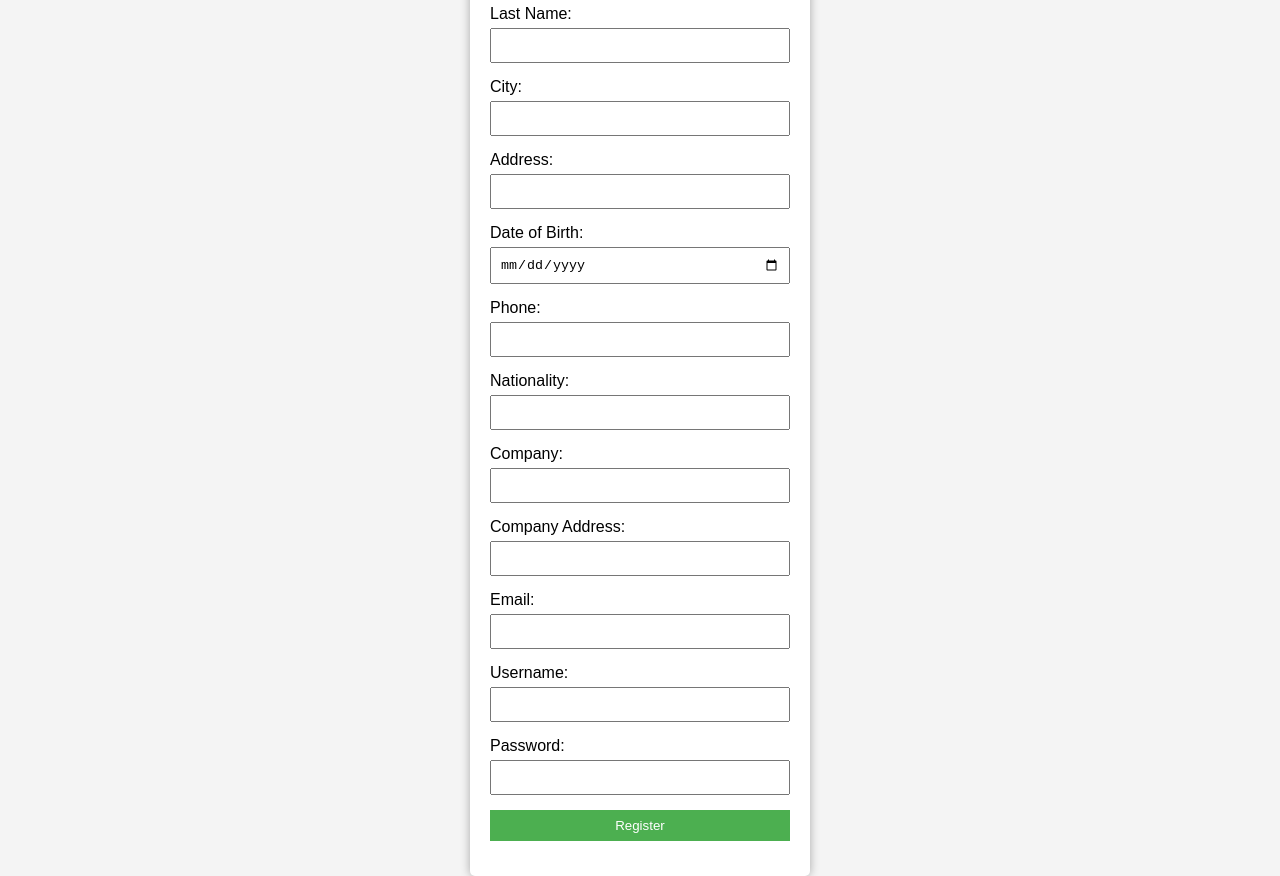
Repository: ITpatrick1/Accommodation-System
Page: http://localhost/register_guest.php
These files come from the project's save history. The page is drawn as it stood at one moment and after the next save; the edit follows.
The browser window is 1280 px wide. The pictures show the whole page.
The page is run by PHP 8.4 with error messages shown; the project is at /var/www/html/.

Above is the page before, as saved 2024-08-19 10:49:58.

After the next save:
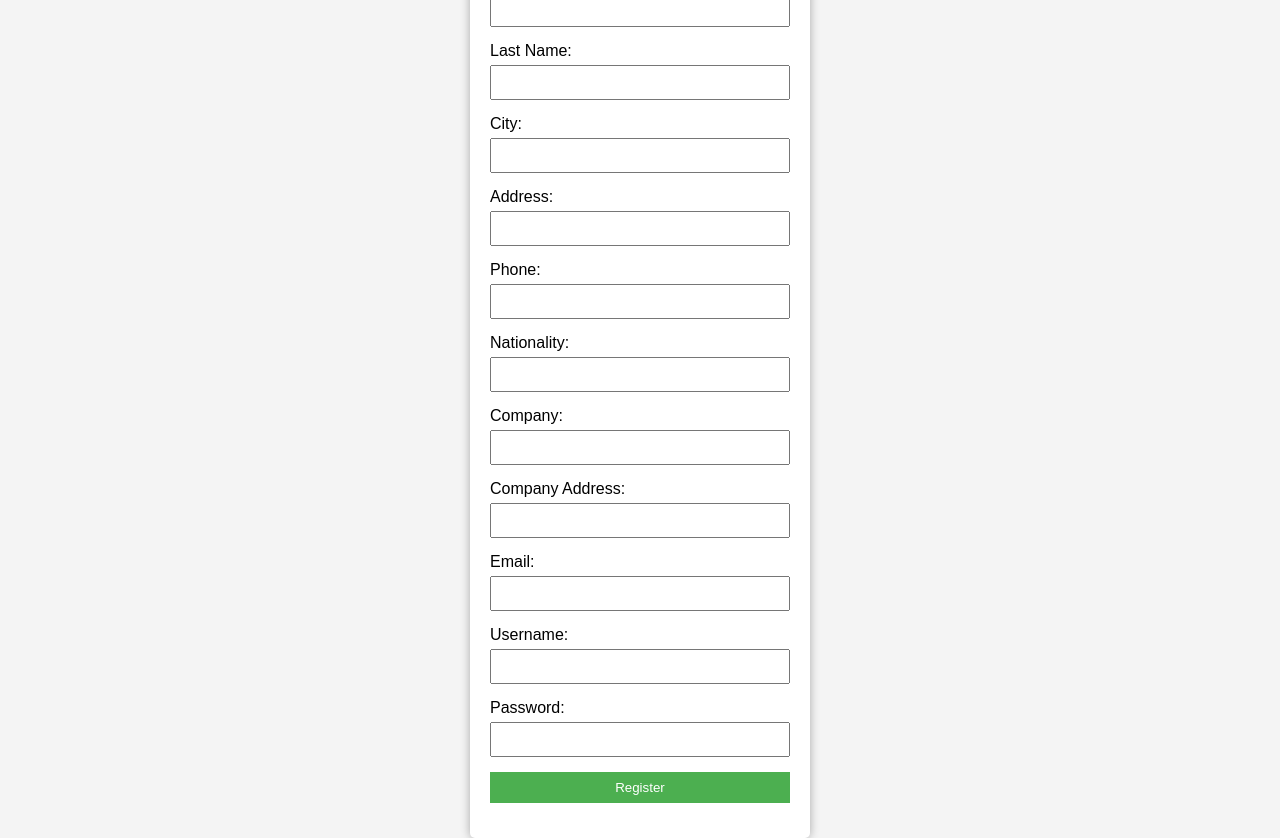
Saved 11 s later.
--- a/register_guest.php
+++ b/register_guest.php
@@ -109,10 +109,7 @@ $conn->close();
                 <label for="G_ADDRESS">Address:</label>
                 <input type="text" id="G_ADDRESS" name="G_ADDRESS" required>
             </div>
-            <div class="form-group">
-                <label for="DBIRTH">Date of Birth:</label>
-                <input type="date" id="DBIRTH" name="DBIRTH" required>
-            </div>
+
             <div class="form-group">
                 <label for="G_PHONE">Phone:</label>
                 <input type="text" id="G_PHONE" name="G_PHONE" required>
